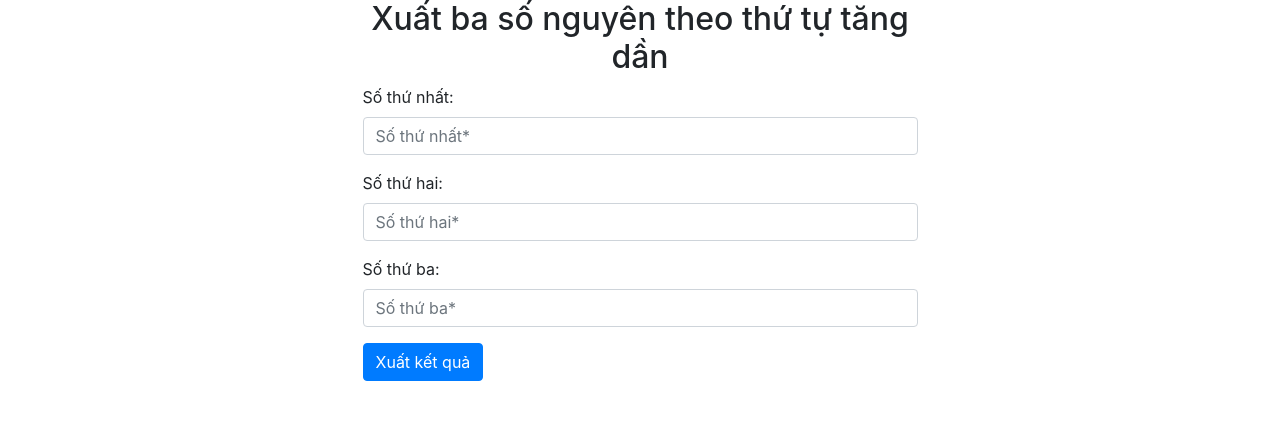
Repository: dovanthao2404/BC14_BaiTap_JS_Buoi_4_dovanthao
Page: html/bai1.html
An editor plug-in stored every save of this project. The page is shown before and after the next save, followed by the edit.
The browser window is 1280 px wide. The pictures show the whole page.

Above is the page before, as saved 2021-07-02 00:29:13.

After the next save:
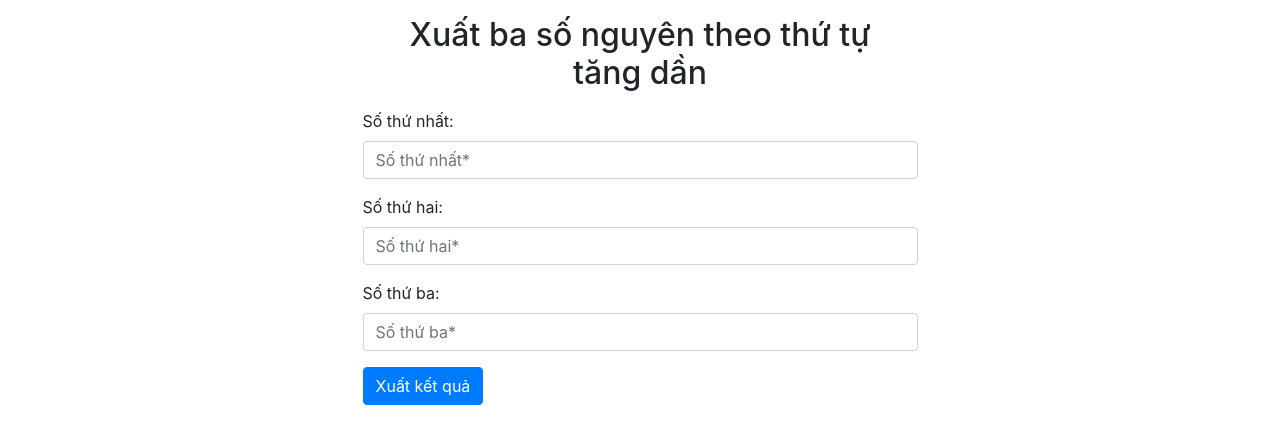
Saved 39 s later.
--- a/html/bai1.html
+++ b/html/bai1.html
@@ -15,7 +15,7 @@
 <body>
   <div class="container">
     <form class="w-50 mx-auto">
-      <h2 class=text-center>Xuất ba số nguyên theo thứ tự tăng dần</h2>
+      <h2 class="text-center px-3 my-3">Xuất ba số nguyên theo thứ tự tăng dần</h2>
       <div class="form-group">
         <label for="number-1">Số thứ nhất: </label>
         <input type="text" name="" id="number-1" class="form-control" placeholder="Số thứ nhất*">
